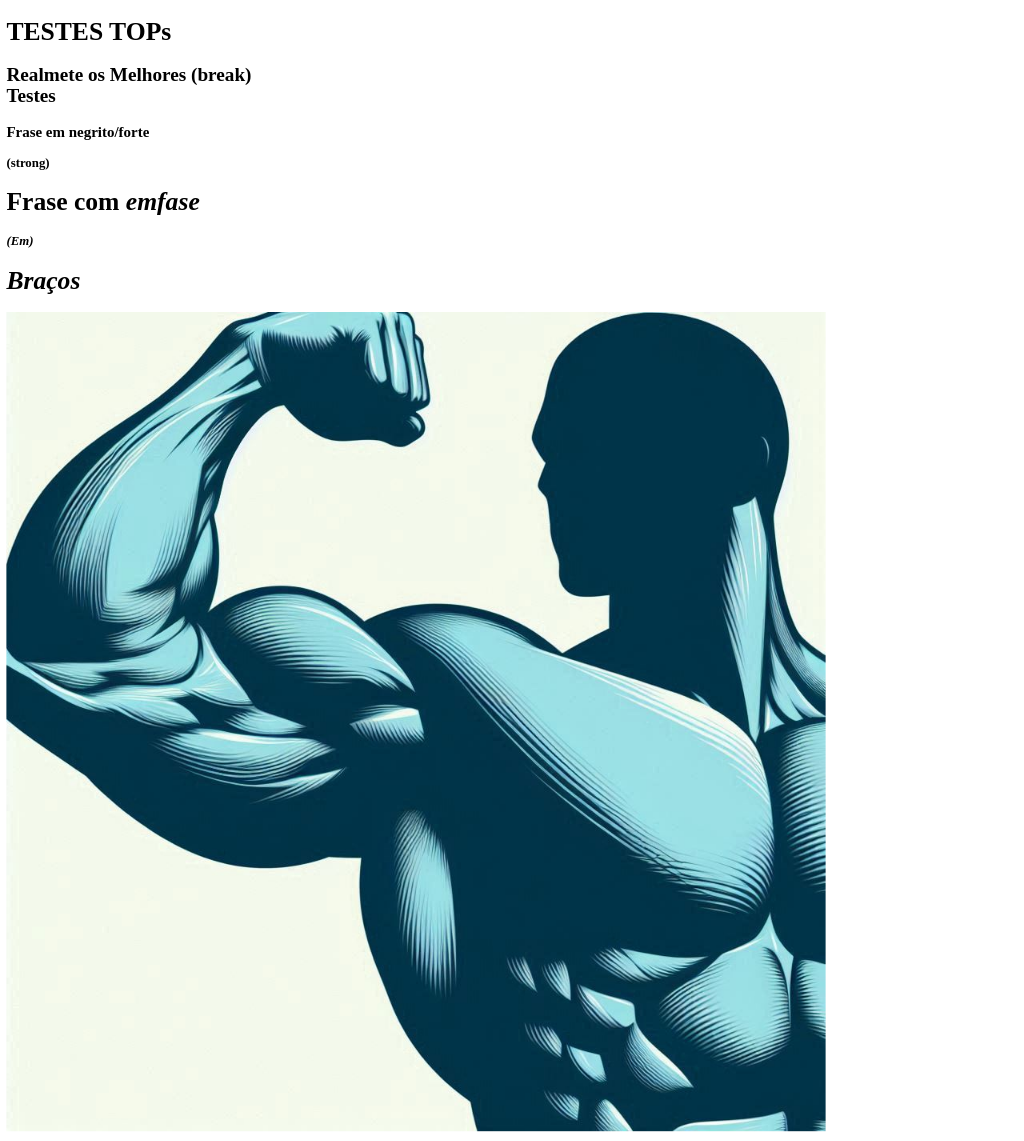
Repository: LuidyOn/Site_Forca_Total
Page: ForçaTotal/teste.html
These files come from the project's save history. The page is drawn as it stood at one moment and after the next save; the edit follows.
The browser window is 1280 px wide. The pictures show the whole page, at 80% of full size.

Above is the page before, as saved 2025-05-14 12:36:41.

After the next save:
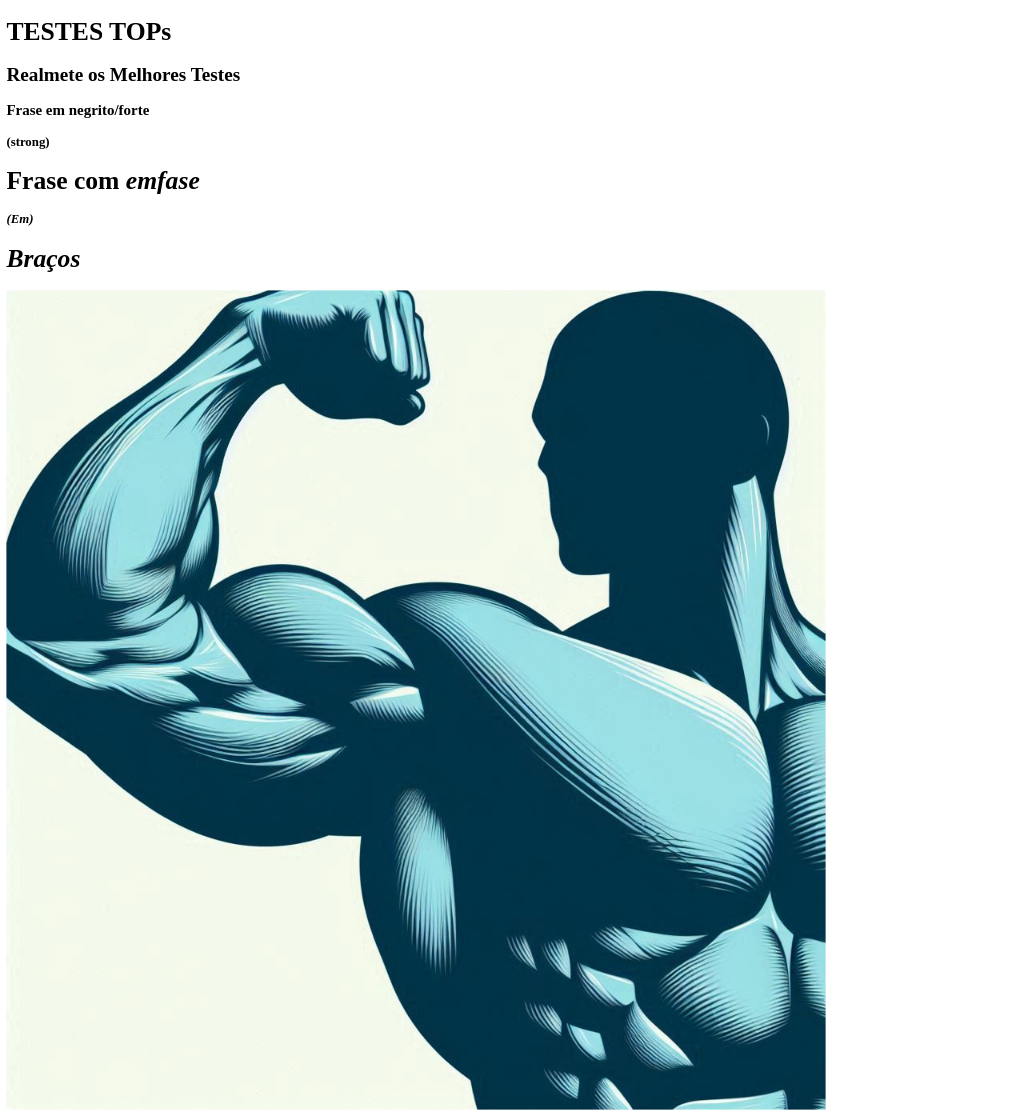
Saved 23 s later.
--- a/ForçaTotal/teste.html
+++ b/ForçaTotal/teste.html
@@ -10,7 +10,7 @@
 
 <h1>TESTES TOPs</h1>
 
-  <h2>Realmete os Melhores (break)<br> Testes</h2>
+  <h2>Realmete os Melhores Testes</h2>
 
   <H3>Frase em <strong>negrito/forte</strong> </H2>
   <p><strong>(strong)</p>
